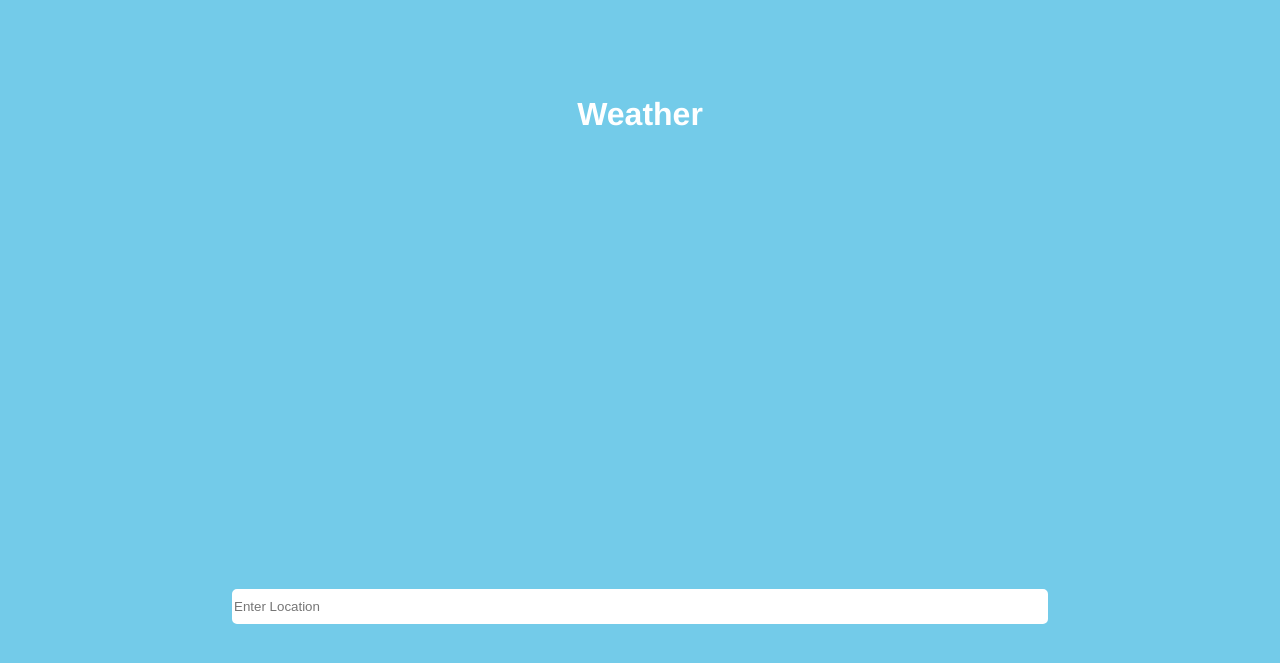
Repository: shaelorch/weather
Page: /
An editor plug-in stored every save of this project. The page is shown before and after the next save, followed by the edit.
The browser window is 1280 px wide. The pictures show the whole page.
The project was rebuilt for these pictures with package versions that can differ from the ones it lists, and the page was loaded fresh each time. The framework's server and built-in components were replaced by stand-ins that run in the browser. Also part of the build but not shown: next.config.js.

Above is the page before, as saved 2023-01-19 11:39:52.

### pages/index.js
import Head from 'next/head'
import Image from 'next/image'
import { Inter } from '@next/font/google'
import styles from '@/styles/Home.module.css'
import axios from 'axios'
import { useState } from 'react';

const inter = Inter({ subsets: ['latin'] })



export default function Home() {
  const [location, setLocation] = useState('');
  const [data, setData] = useState({});
  const [weather, setWeather] = useState();
  const [errorMessage, setErrorMessage] = useState("");

  var apiKey = "5bb65e5dcdd88d96c09dd61a44557240";
  var lang = "fr";
  var units = "metric";
  const url = `https://api.openweathermap.org/data/2.5/weather?q=${location}&units=${units}&appid=${apiKey}&lang=${lang}`

  const searchLocation = (event) => {
    if(event.key === "Enter") {
      axios.get(url)
      .then((response) => {
        console.clear();
        setData(response.data);
        console.log(response.data);
        setWeather(response.data.weather);
        setErrorMessage("");
      }).catch(err => {
        console.log(err);
        setErrorMessage("Please enter another location");
        setData({});
        setWeather()
      })
      setLocation('')
  }}

  return <main className={styles.main}>

    <h1 className={styles.text}>Weather</h1>

    <div className={styles.text}>

      <h2>{data.name}</h2>
    </div>

    <input
    className={styles.input}
    value={location}
    onChange={event => setLocation(event.target.value)}
    placeholder="Enter Location"
    onKeyDown={searchLocation}
    type="text"

    />

    {
      weather && weather.map((w, index)=> {
        return(
          <div className={styles.text} key={index}>
            <div>{w.description}</div>
            <div>{w.main}</div>
            <h1>{data.main.temp} &deg;C</h1>
            <h3>Feels Like: {data.main.feels_like} &deg;C</h3>
            <h3>Wind Gust: {data.wind.speed}m/s</h3>

            </div>










        )
      })
    }

  </main>



}

### styles/Home.module.css
.main {
  display: flex;
  flex-direction: column;
  justify-content: space-between;
  align-items: center;
  padding: 6rem;
  min-height: 100vh;
  background-color:rgb(115, 203, 233);

}

.text {
  font-family: 'Franklin Gothic Medium', 'Arial Narrow', Arial, sans-serif;
  font-weight: bold;
  color:white;
}

.input {
  border-radius:5px;
  background-color: white;
  height:35px;
  width:75%;
  color:black;
  border: 2px solid white;

}


.description {
  display: inherit;
  justify-content: inherit;
  align-items: inherit;
  font-size: 0.85rem;
  max-width: var(--max-width);
  width: 100%;
  z-index: 2;
  font-family: var(--font-mono);
}

.description a {
  display: flex;
  justify-content: center;
  align-items: center;
  gap: 0.5rem;
}

.description p {
  position: relative;
  margin: 0;
  padding: 1rem;
  background-color: rgba(var(--callout-rgb), 0.5);
  border: 1px solid rgba(var(--callout-border-rgb), 0.3);
  border-radius: var(--border-radius);
}

.code {
  font-weight: 700;
  font-family: var(--font-mono);
}

.grid {
  display: grid;
  grid-template-columns: repeat(4, minmax(25%, auto));
  width: var(--max-width);
  max-width: 100%;
}

.card {
  padding: 1rem 1.2rem;
  border-radius: var(--border-radius);
  background: rgba(var(--card-rgb), 0);
  border: 1px solid rgba(var(--card-border-rgb), 0);
  transition: background 200ms, border 200ms;
}

.card span {
  display: inline-block;
  transition: transform 200ms;
}

.card h2 {
  font-weight: 600;
  margin-bottom: 0.7rem;
}

.card p {
  margin: 0;
  opacity: 0.6;
  font-size: 0.9rem;
  line-height: 1.5;
  max-width: 30ch;
}

.center {
  display: flex;
  justify-content: center;
  align-items: center;
  position: relative;
  padding: 4rem 0;
}

.center::before {
  background: var(--secondary-glow);
  border-radius: 50%;
  width: 480px;
  height: 360px;
  margin-left: -400px;
}

.center::after {
  background: var(--primary-glow);
  width: 240px;
  height: 180px;
  z-index: -1;
}

.center::before,
.center::after {
  content: '';
  left: 50%;
  position: absolute;
  filter: blur(45px);
  transform: translateZ(0);
}

.logo,
.thirteen {
  position: relative;
}

.thirteen {
  display: flex;
  justify-content: center;
  align-items: center;
  width: 75px;
  height: 75px;
  padding: 25px 10px;
  margin-left: 16px;
  transform: translateZ(0);
  border-radius: var(--border-radius);
  overflow: hidden;
  box-shadow: 0px 2px 8px -1px #0000001a;
}

.thirteen::before,
.thirteen::after {
  content: '';
  position: absolute;
  z-index: -1;
}

/* Conic Gradient Animation */
.thirteen::before {
  animation: 6s rotate linear infinite;
  width: 200%;
  height: 200%;
  background: var(--tile-border);
}

/* Inner Square */
.thirteen::after {
  inset: 0;
  padding: 1px;
  border-radius: var(--border-radius);
  background: linear-gradient(
    to bottom right,
    rgba(var(--tile-start-rgb), 1),
    rgba(var(--tile-end-rgb), 1)
  );
  background-clip: content-box;
}

/* Enable hover only on non-touch devices */
@media (hover: hover) and (pointer: fine) {
  .card:hover {
    background: rgba(var(--card-rgb), 0.1);
    border: 1px solid rgba(var(--card-border-rgb), 0.15);
  }

  .card:hover span {
    transform: translateX(4px);
  }
}

@media (prefers-reduced-motion) {
  .thirteen::before {
    animation: none;
  }

  .card:hover span {
    transform: none;
  }
}

/* Mobile */
@media (max-width: 700px) {
  .content {
    padding: 4rem;
  }

  .grid {
    grid-template-columns: 1fr;
    margin-bottom: 120px;
    max-width: 320px;
    text-align: center;
  }

  .card {
    padding: 1rem 2.5rem;
  }

  .card h2 {
    margin-bottom: 0.5rem;
  }

  .center {
    padding: 8rem 0 6rem;
  }

  .center::before {
    transform: none;
    height: 300px;
  }

  .description {
    font-size: 0.8rem;
  }

  .description a {
    padding: 1rem;
  }

  .description p,
  .description div {
    display: flex;
    justify-content: center;
    position: fixed;
    width: 100%;
  }

  .description p {
    align-items: center;
    inset: 0 0 auto;
    padding: 2rem 1rem 1.4rem;
    border-radius: 0;
    border: none;
    border-bottom: 1px solid rgba(var(--callout-border-rgb), 0.25);
    background: linear-gradient(
      to bottom,
      rgba(var(--background-start-rgb), 1),
      rgba(var(--callout-rgb), 0.5)
    );
    background-clip: padding-box;
    backdrop-filter: blur(24px);
  }

  .description div {
    align-items: flex-end;
    pointer-events: none;
    inset: auto 0 0;
    padding: 2rem;
    height: 200px;
    background: linear-gradient(
      to bottom,
      transparent 0%,
      rgb(var(--background-end-rgb)) 40%
    );
    z-index: 1;
  }
}

/* Tablet and Smaller Desktop */
@media (min-width: 701px) and (max-width: 1120px) {
  .grid {
    grid-template-columns: repeat(2, 50%);
  }
}

@media (prefers-color-scheme: dark) {
  .vercelLogo {
    filter: invert(1);
  }

  .logo,
  .thirteen img {
    filter: invert(1) drop-shadow(0 0 0.3rem #ffffff70);
  }
}

@keyframes rotate {
  from {
    transform: rotate(360deg);
  }
  to {
    transform: rotate(0deg);
  }
}

Loaded but not shown: pages/_app.js (common file); pages/_document.js (common file); styles/globals.css (common file)

After the next save:
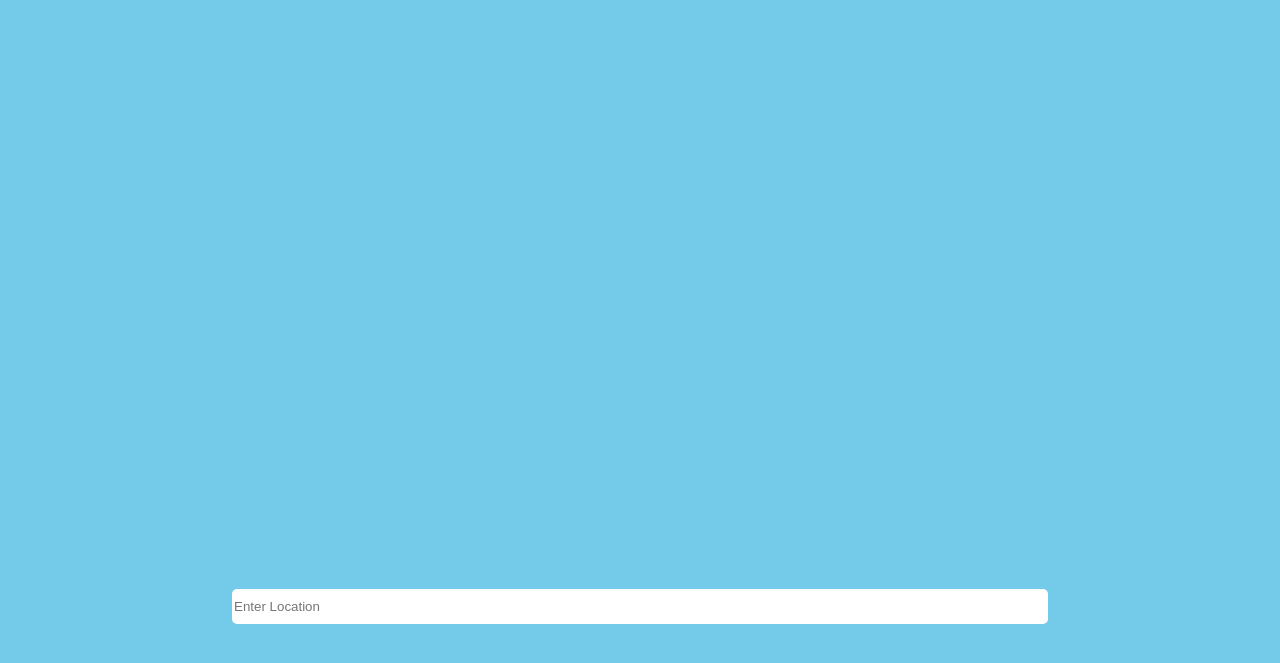
Saved 17 s later.
--- a/pages/index.js
+++ b/pages/index.js
@@ -40,7 +40,6 @@ export default function Home() {
 
   return <main className={styles.main}>
 
-    <h1 className={styles.text}>Weather</h1>
 
     <div className={styles.text}>
 
